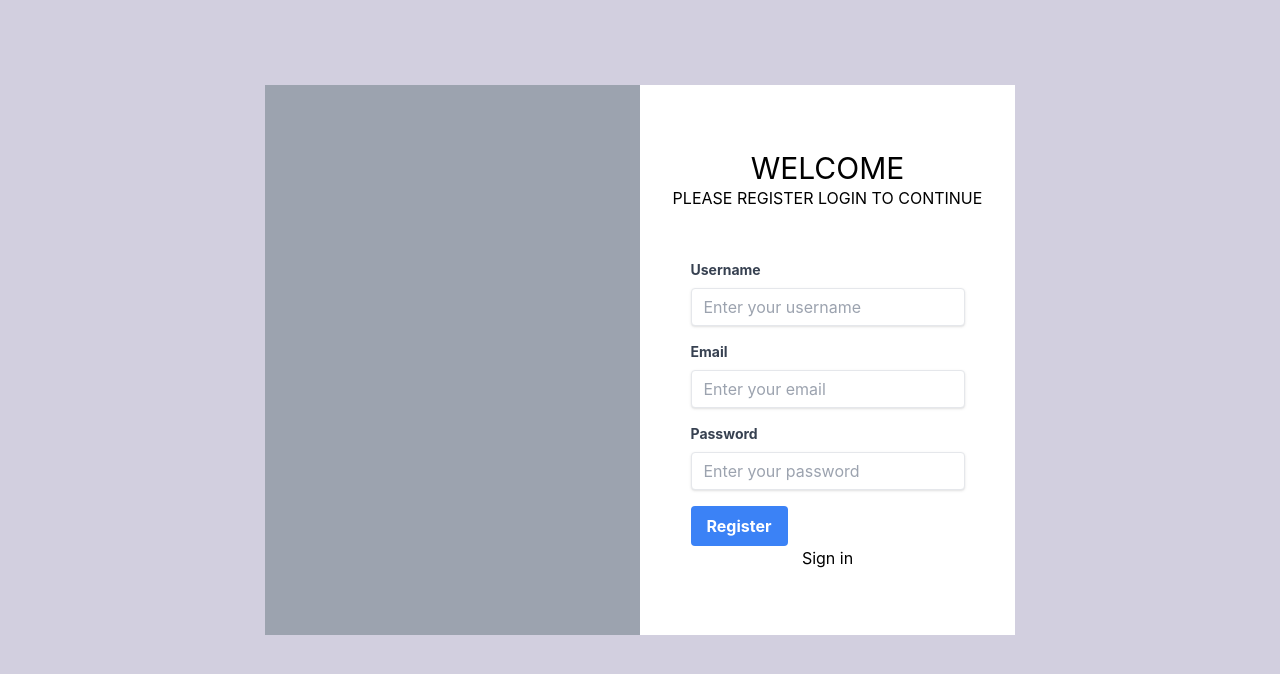
Repository: cosmicswati/upgrad-captions-project
Page: /
An editor plug-in stored every save of this project. The page is shown before and after the next save, followed by the edit.
The browser window is 1280 px wide. The pictures show the whole page.
The project was rebuilt for these pictures with package versions that can differ from the ones it lists, and the page was loaded fresh each time.

Above is the page before, as saved 2024-04-09 11:26:28.

### src/App.js
import Auth from "./modules/Authorization";


function App() {
  return (
    <div>
       <Auth />
    </div>
  );
}

export default App;

### src/modules/Authorization/index.js
import React from 'react'
import Form from './Form'

const Auth = () => {
  return (
    <div>
      <Form/>
    </div>
  )
}

export default Auth

### src/modules/Authorization/Form.jsx
import { useState } from 'react';
import Input from '../../components/Input';
import Button from '../../components/Button';
import { useAsyncValue } from 'react-router-dom';

const Form = ({
    isSignInPage: propIsSignInPage = false // Rename the parameter to avoid conflict
}) => {
    const [isSignInPage, setIsSignInPage] = useState(propIsSignInPage); // Use a different name for the state variable
    return (
        <div className='bg-[#d2cfdf] h-screen w-full flex justify-center items-center'>
            <div className='h-[550px] w-[750px] bg-white flex justify-center items-center'>
                <div className={`h-full w-full flex flex-col justify-center items-center ${!isSignInPage && 'order-2'}`}>
                    <div className='text-3xl'>WELCOME {isSignInPage && 'BACK'}</div>
                    <div className='mb-[50px]'>PLEASE {isSignInPage ? 'LOGIN' : 'REGISTER'} LOGIN TO CONTINUE</div>
                    <form>
                        {
                            !isSignInPage &&
                            <Input label='Username' type='text' placeholder='Enter your username' />
                        }
                        <Input label='Email' type='email' placeholder='Enter your email' />
                        <Input label='Password' type='password' placeholder='Enter your password' />
                        <Button label={ isSignInPage ? 'Sign in' : 'Register'} />
                    </form>
                    <div className=' cursor-pointer' onClick={() => setIsSignInPage(!isSignInPage)} > {isSignInPage ? 'create a new account': 'Sign in'} </div>
                </div>
                <div className={`h-full w-full bg-gray-400 ${!isSignInPage && 'order-1'}`}> </div>
            </div>
        </div>
    );
};

export default Form;

### src/components/Input/index.js
import React from 'react'

const Input = ({
    name = '',
    label ='',
    type ='',
    placeholder =''
}) => {
  return (
    <div class="mb-4">
        {
          label &&
          <label class="block text-gray-700 text-sm font-bold mb-2" for={name}>
             {label}
          </label>
        }

        <input class="shadow apperance-none border rounded w-full py-2 px-3
         text-gray-700 leading-tight focus:outline-none focus:shadow-outline"
         id={name} type={type} placeholder={placeholder} />

    </div>
  )
}

export default Input

### src/components/Button/index.js
import React from 'react'

const Button = ({
    label ='',
    className =''
}) => {
  return (
    <button className={`bg-blue-500 hover:bg-blue-700 text-white font-bold py-2 px-4 rounded ${className}`}>
      {label}
  </button>
  )
}

export default Button

### tailwind.config.js
/** @type {import('tailwindcss').Config} */
module.exports = {
 mode:'jit',
 purge: [
  './public/**/*.html',
  './src/**/*.{js,jsx,ts,tsx,vue}',
 ],
  content: [
    "./src/**/*.{js,jsx,ts,tsx}",
  ],
  theme: {
    extend: {},
  },
  plugins: [],
}

Loaded but not shown: public/index.html (common file); src/index.js (common file); src/index.css (common file); src/reportWebVitals.js (common file)

After the next save:
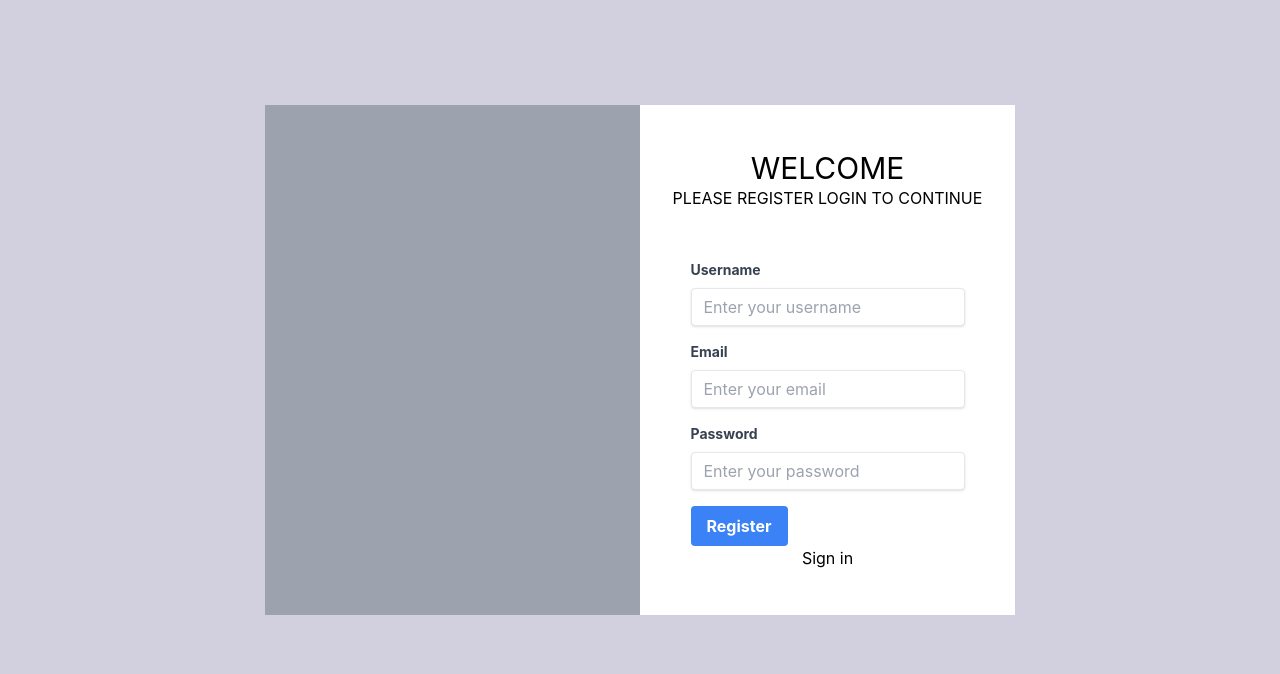
Saved 21 s later.
--- a/src/modules/Authorization/Form.jsx
+++ b/src/modules/Authorization/Form.jsx
@@ -9,7 +9,7 @@ const Form = ({
     const [isSignInPage, setIsSignInPage] = useState(propIsSignInPage); // Use a different name for the state variable
     return (
         <div className='bg-[#d2cfdf] h-screen w-full flex justify-center items-center'>
-            <div className='h-[550px] w-[750px] bg-white flex justify-center items-center'>
+            <div className='h-[510px] w-[750px] bg-white flex justify-center items-center'>
                 <div className={`h-full w-full flex flex-col justify-center items-center ${!isSignInPage && 'order-2'}`}>
                     <div className='text-3xl'>WELCOME {isSignInPage && 'BACK'}</div>
                     <div className='mb-[50px]'>PLEASE {isSignInPage ? 'LOGIN' : 'REGISTER'} LOGIN TO CONTINUE</div>
